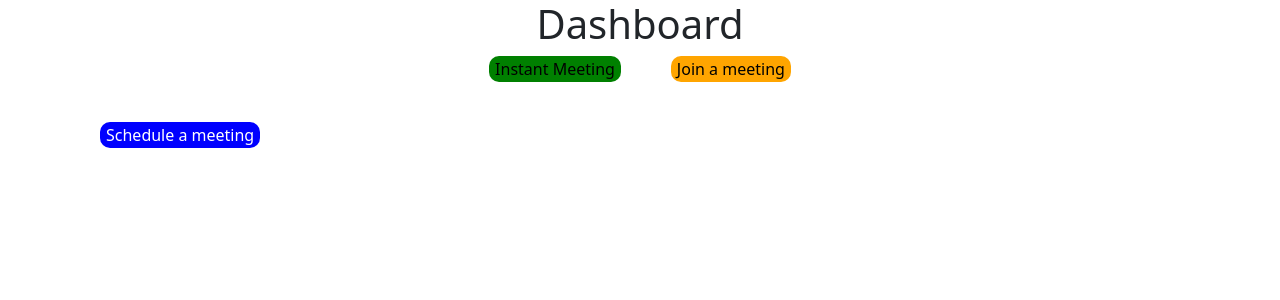
Repository: sreech465/myexam
Page: /
These files come from the project's save history. The page is drawn as it stood at one moment and after the next save; the edit follows.
The browser window is 1280 px wide. The pictures show the whole page.
The project was rebuilt for these pictures with package versions that can differ from the ones it lists, and the page was loaded fresh each time. Also part of the build but not shown: src/Jmeet.js, src/Smeet.js, src/Joinmeet.js.

Above is the page before, as saved 2023-01-14 17:28:34.

After the next save:
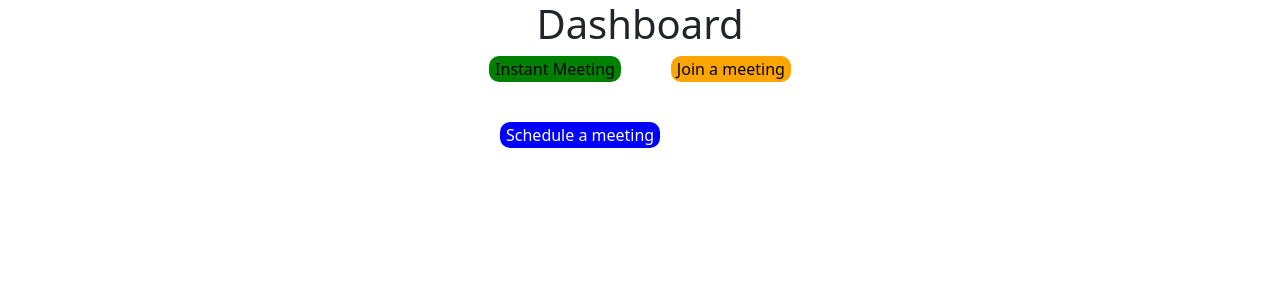
Saved 7 s later.
--- a/src/Details.js
+++ b/src/Details.js
@@ -45,7 +45,7 @@ const Details = () => {
           border: "none",
           marginTop: 40,
           position: "fixed",
-          left: 100,
+          left: 500,
           borderRadius: 10,
           justifyContent: "center",
         }}
